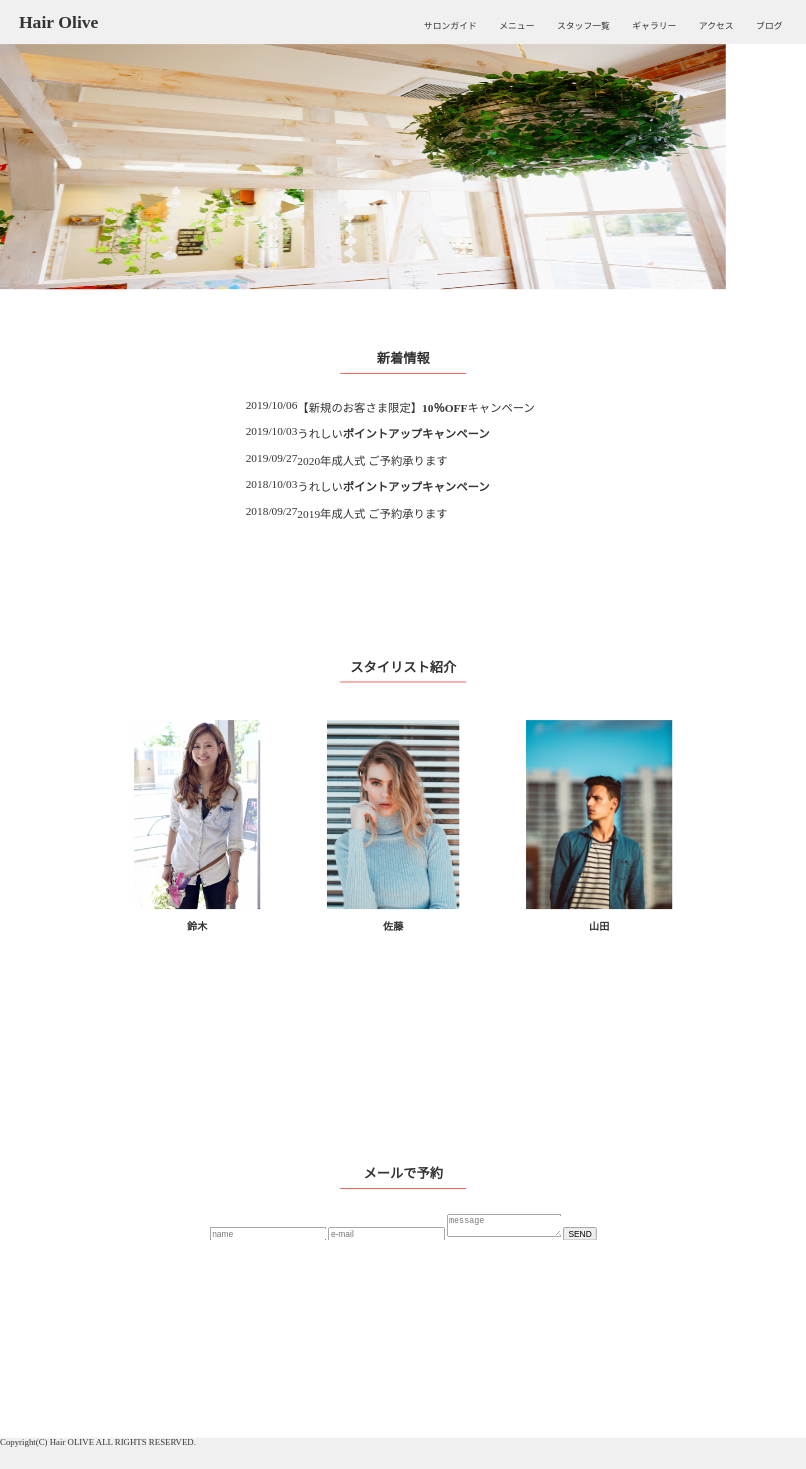
Repository: gorirawomen/first_app
Page: html_css/hair_olive/index.html
The author's editor kept a record of every edit. The page is drawn from the files as they stood at one moment, then again after the next edit.
The browser window is 1280 px wide. The pictures show the whole page, at 63% of full size.

Above is the page before.

After the next edit:
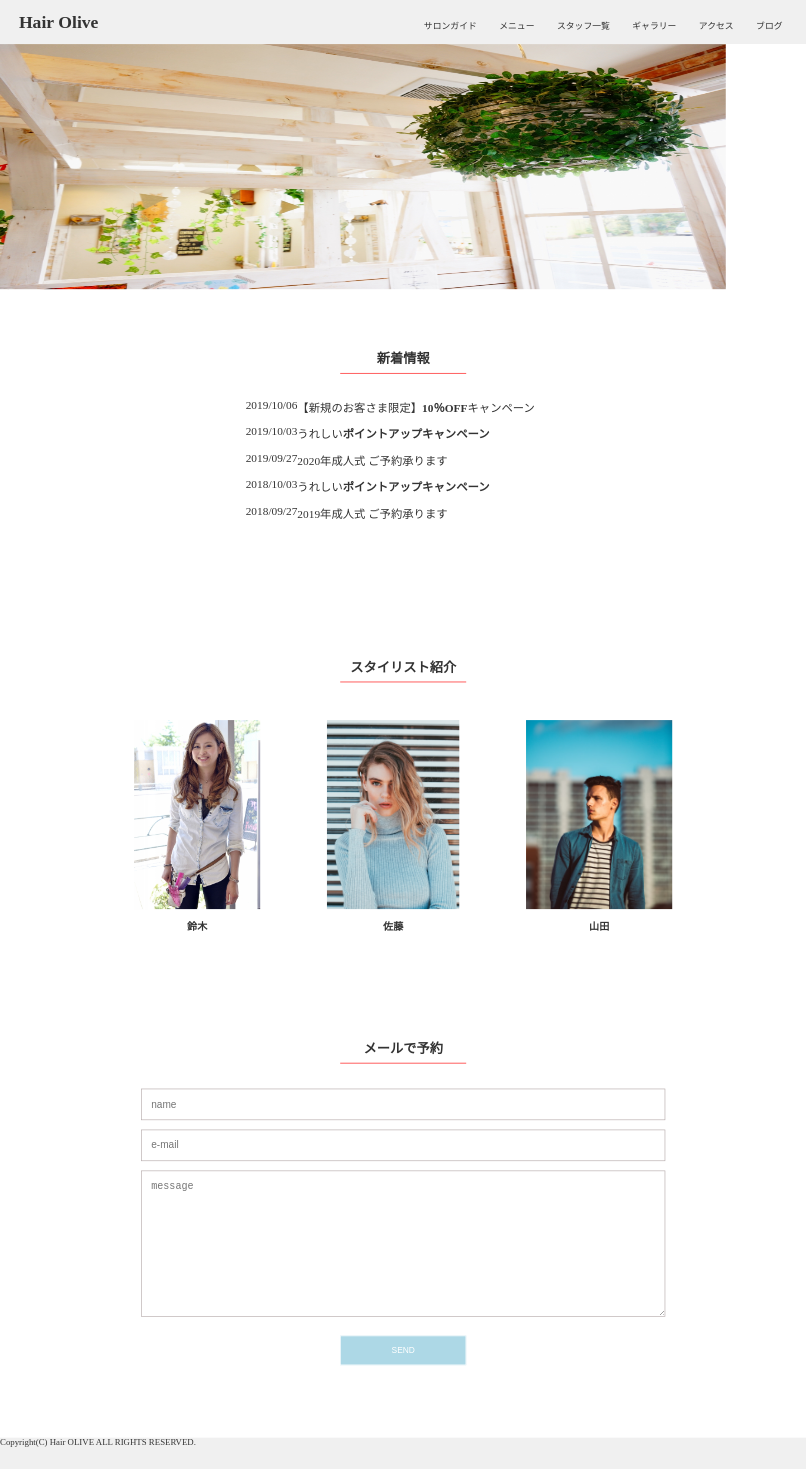
The edit:
--- a/html_css/hair_olive/style.css
+++ b/html_css/hair_olive/style.css
@@ -109,6 +109,33 @@
   align-items: center;
 }
 
+.small-field, .large-field {
+  width: 800px;
+  font-size: 16px;
+  padding: 15px;
+  border: 1px solid #b5aaaa;
+  display: block;
+}
+
+.small-field {
+  margin: 0 auto 15px;
+}
+
+.large-field {
+  height: 200px;
+  margin: 0 auto 30px;
+}
+
+.send {
+  width: 200px;
+  margin: 0 auto;
+  padding: 15px;
+  border: 1px solid white;
+  background-color: lightblue;
+  color:white;
+  display: block;
+}
+
 /* フッター */
 footer {
   height: 50px;
